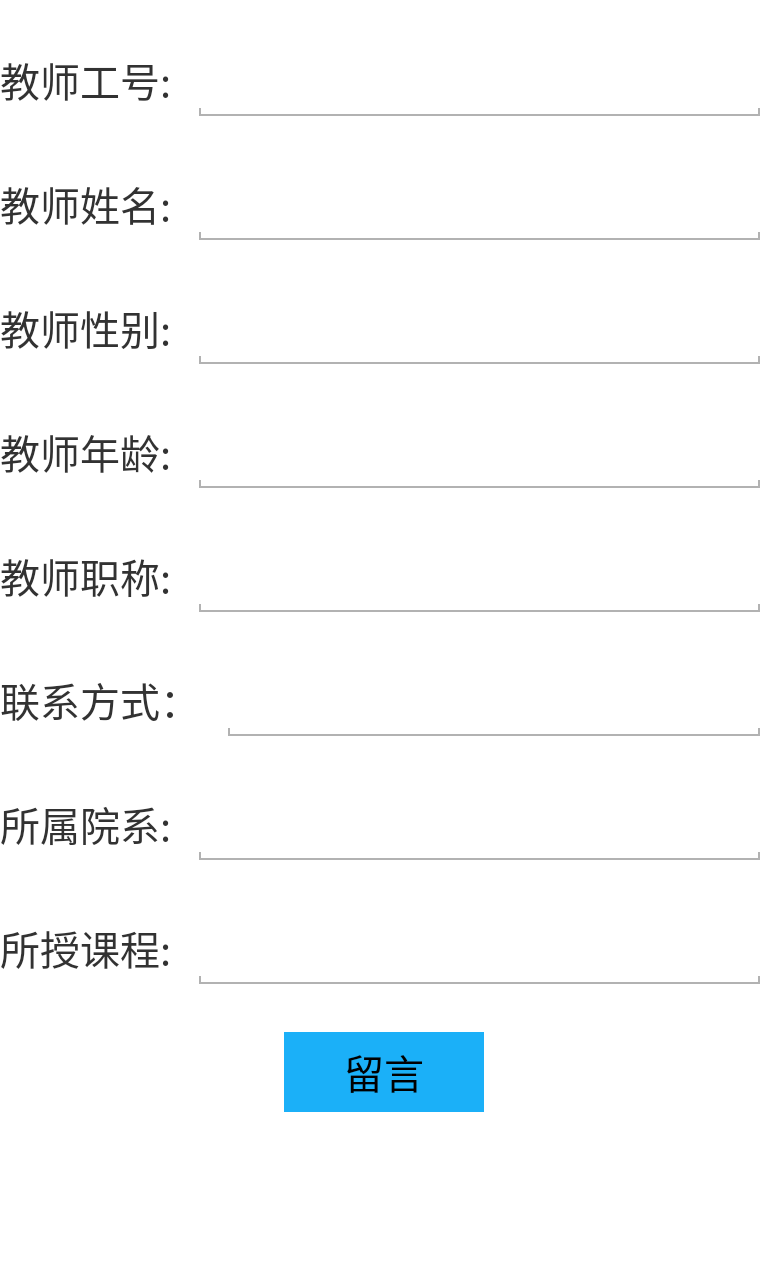
Repository: 15862175370/MyProject
Layout: 毕业设计系统源码_李伟/client/TeachSystem/res/layout/addteacher.xml
These files come from the project's save history. The layout is drawn as it stood at one moment and after the next save; the edit follows.
It is drawn on a 768 x 1280 px phone screen (xhdpi) without system bars, with theme AppTheme; the app's code is not run.

Above is the layout before, as saved 2016-05-20 08:55:14.

### 毕业设计系统源码_李伟/client/TeachSystem/res/layout/addteacher.xml
<?xml version="1.0" encoding="utf-8"?>
<LinearLayout xmlns:android="http://schemas.android.com/apk/res/android"
    android:layout_width="match_parent"
    android:layout_height="match_parent"
    android:orientation="vertical" >
    <LinearLayout
     android:id="@+id/cno_linearlayout"
      android:layout_width="match_parent"
        android:layout_height="wrap_content"
        android:orientation="horizontal"
        android:layout_marginTop="20dp"
        >
        <TextView
         android:id="@+id/teacher_tn"
         android:layout_width="wrap_content"
         android:layout_height="wrap_content"
         android:textSize="20dp"
         android:text="教师工号:"/>
        <EditText
            android:layout_marginLeft="10dp"
            android:id="@+id/myteacher_tno"
         android:layout_width="match_parent"
         android:layout_height="wrap_content"
          android:textSize="20dp"

            />

    </LinearLayout>
 <LinearLayout
     android:id="@+id/cno"
      android:layout_width="match_parent"
        android:layout_height="wrap_content"
        android:orientation="horizontal"
        android:layout_marginTop="20dp"
        >
        <TextView
         android:id="@+id/teach"
         android:layout_width="wrap_content"
         android:layout_height="wrap_content"
         android:textSize="20dp"
         android:text="教师姓名:"/>
        <EditText
            android:layout_marginLeft="10dp"
            android:id="@+id/myteacher_tname"
         android:layout_width="match_parent"
         android:layout_height="wrap_content"
          android:textSize="20dp"

            />

    </LinearLayout>


     <LinearLayout
     android:id="@+id/cname_linearlayout"
      android:layout_width="match_parent"
        android:layout_height="wrap_content"
        android:orientation="horizontal"
        android:layout_marginTop="20dp"

        >
        <TextView
         android:id="@+id/teacher_se"
         android:layout_width="wrap_content"
         android:layout_height="wrap_content"
         android:textSize="20dp"
         android:text="教师性别:"/>
        <EditText
              android:layout_marginLeft="10dp"
            android:id="@+id/myteacher_sex"
         android:layout_width="match_parent"
         android:layout_height="wrap_content"
          android:textSize="20dp"

            />

    </LinearLayout>


      <LinearLayout
     android:id="@+id/ctime_linearlayout"
      android:layout_width="match_parent"
        android:layout_height="wrap_content"
        android:orientation="horizontal"
        android:layout_marginTop="20dp"

        >
        <TextView
         android:id="@+id/mytea"
         android:layout_width="wrap_content"
         android:layout_height="wrap_content"
         android:textSize="20dp"
         android:text="教师年龄:"/>
        <EditText
              android:layout_marginLeft="10dp"
            android:id="@+id/myteacher_age"
         android:layout_width="match_parent"
         android:layout_height="wrap_content"
          android:textSize="20dp"

            />

    </LinearLayout>


       <LinearLayout
     android:id="@+id/cadress_linearlayout"
      android:layout_width="match_parent"
        android:layout_height="wrap_content"
        android:orientation="horizontal"
        android:layout_marginTop="20dp"

        >
        <TextView
         android:id="@+id/myteacher_pro"
         android:layout_width="wrap_content"
         android:layout_height="wrap_content"
         android:textSize="20dp"
         android:text="教师职称:"/>
        <EditText
              android:layout_marginLeft="10dp"
            android:id="@+id/teacher_prof"
         android:layout_width="match_parent"
         android:layout_height="wrap_content"
          android:textSize="20dp"

            />

    </LinearLayout>

        <LinearLayout
     android:id="@+id/content_linearlayout"
      android:layout_width="match_parent"
        android:layout_height="wrap_content"
        android:orientation="horizontal"
        android:layout_marginTop="20dp"

        >
        <TextView
         android:id="@+id/teacher_phone"
         android:layout_width="wrap_content"
         android:layout_height="wrap_content"
         android:textSize="20dp"
         android:text="联系方式："/>
        <EditText
              android:layout_marginLeft="10dp"
            android:id="@+id/myteacher_phone"
         android:layout_width="match_parent"
         android:layout_height="wrap_content"
          android:textSize="20dp"

            />

    </LinearLayout>

         <LinearLayout
     android:id="@+id/teacher_linearlayout"
      android:layout_width="match_parent"
        android:layout_height="wrap_content"
        android:orientation="horizontal"
        android:layout_marginTop="20dp"

        >
        <TextView
         android:id="@+id/teacher_textview"
         android:layout_width="wrap_content"
         android:layout_height="wrap_content"
         android:textSize="20dp"
         android:text="所属院系:"/>
        <EditText
              android:layout_marginLeft="10dp"
            android:id="@+id/myteacher_dept"
         android:layout_width="match_parent"
         android:layout_height="wrap_content"
          android:textSize="20dp"

            />

    </LinearLayout>

            <LinearLayout
     android:id="@+id/teacher_linearlay"
      android:layout_width="match_parent"
        android:layout_height="wrap_content"
        android:orientation="horizontal"
        android:layout_marginTop="20dp"

        >
        <TextView
         android:id="@+id/teacher_te"
         android:layout_width="wrap_content"
         android:layout_height="wrap_content"
         android:textSize="20dp"
         android:text="所授课程:"/>
        <EditText
              android:layout_marginLeft="10dp"
            android:id="@+id/myteacher_course"
         android:layout_width="match_parent"
         android:layout_height="wrap_content"
          android:textSize="20dp"

            />

    </LinearLayout>

    <RelativeLayout
           android:layout_height="wrap_content"
             android:layout_width="match_parent"
             android:layout_marginTop="20dp"

            >
            <Button
                android:layout_centerInParent="true"
                android:layout_marginLeft="30dp"
             android:id="@+id/myteacher_message"
             android:layout_height="40dp"
               android:layout_width="100dp"
               android:background="#1bb0f8"
               android:textSize="20dp"
               android:text="留言"
                />
        </RelativeLayout>


</LinearLayout>

Loaded but not shown: 毕业设计系统源码_李伟/client/TeachSystem/res/values/styles.xml (common file); 毕业设计系统源码_李伟/client/TeachSystem/res/values-v11/styles.xml (common file); 毕业设计系统源码_李伟/client/TeachSystem/res/values-v14/styles.xml (common file)

After the next save:
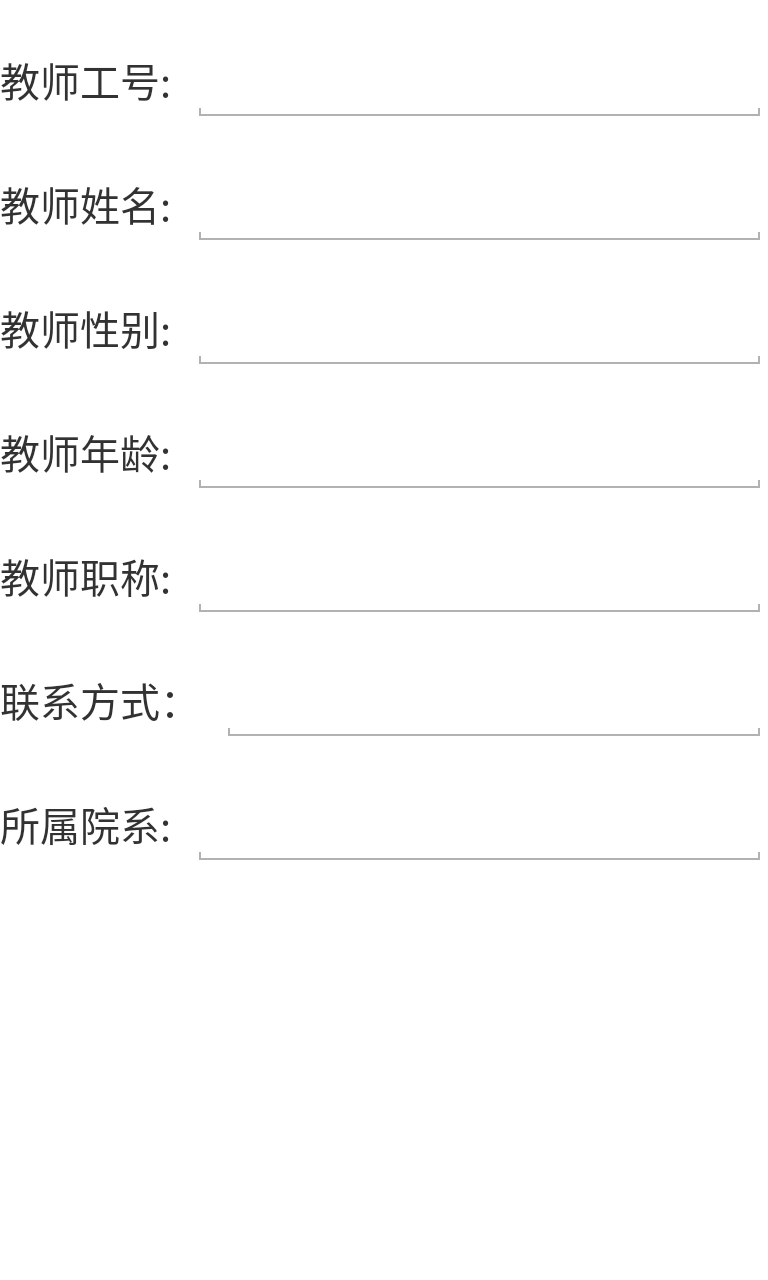
Saved 28 s later.
--- a/毕业设计系统源码_李伟/client/TeachSystem/res/layout/addteacher.xml
+++ b/毕业设计系统源码_李伟/client/TeachSystem/res/layout/addteacher.xml
@@ -186,40 +186,9 @@
         android:layout_marginTop="20dp"
 
         >
-        <TextView
-         android:id="@+id/teacher_te"
-         android:layout_width="wrap_content"
-         android:layout_height="wrap_content"
-         android:textSize="20dp"
-         android:text="所授课程:"/>
-        <EditText
-              android:layout_marginLeft="10dp"
-            android:id="@+id/myteacher_course"
-         android:layout_width="match_parent"
-         android:layout_height="wrap_content"
-          android:textSize="20dp"
 
-            />
 
     </LinearLayout>
 
-    <RelativeLayout
-           android:layout_height="wrap_content"
-             android:layout_width="match_parent"
-             android:layout_marginTop="20dp"
-
-            >
-            <Button
-                android:layout_centerInParent="true"
-                android:layout_marginLeft="30dp"
-             android:id="@+id/myteacher_message"
-             android:layout_height="40dp"
-               android:layout_width="100dp"
-               android:background="#1bb0f8"
-               android:textSize="20dp"
-               android:text="留言"
-                />
-        </RelativeLayout>
-
 
 </LinearLayout>
